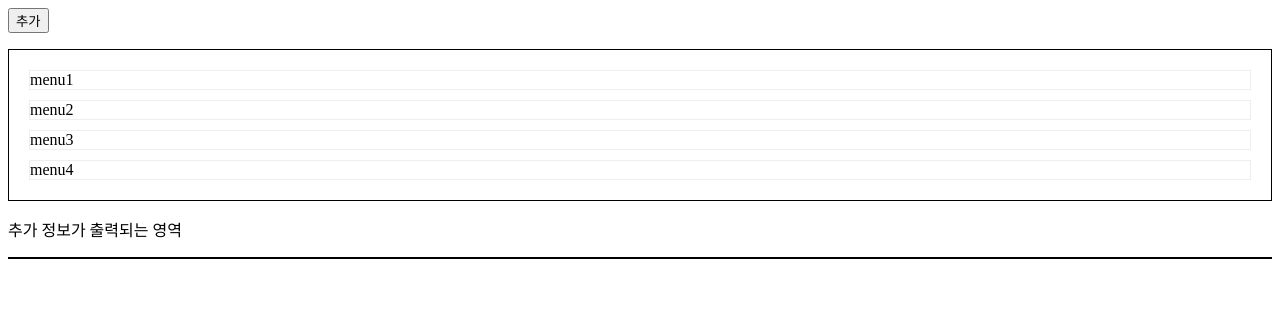
Repository: swc0516s/EZEN-JS
Page: JavaScript Workspace Lecture/JavaScript_jQuery_03/WebContent/Chapter06/6_09.html
An editor plug-in stored every save of this project. The page is shown before and after a run of saves, followed by the edit.
The browser window is 1280 px wide. The pictures show the whole page.
After loading, the first visible `#add` was clicked once.

Above is the page before, as saved 2022-03-22 05:25:05.
Console error: ReferenceError: newItem is not defined

After the next 3 saves:
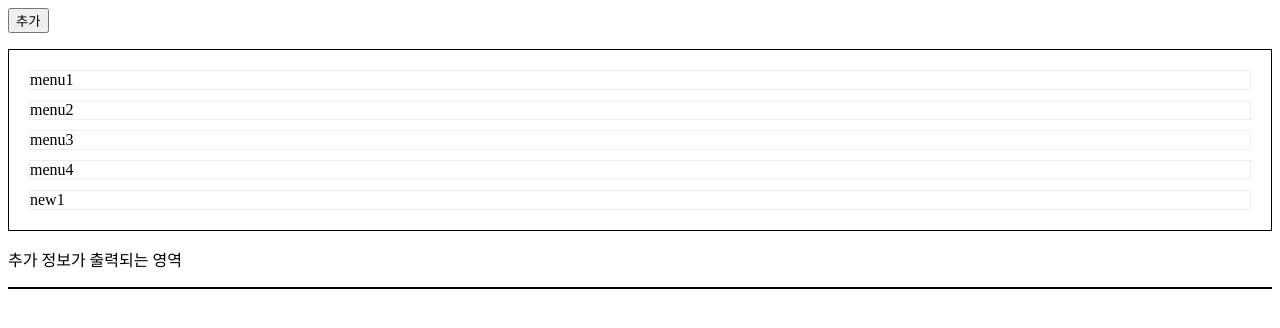
The error is gone.
The 3 saves are shown as one change because they came seconds apart.
The last was saved 15 s later.
--- a/JavaScript Workspace Lecture/JavaScript_jQuery_03/WebContent/Chapter06/6_09.html
+++ b/JavaScript Workspace Lecture/JavaScript_jQuery_03/WebContent/Chapter06/6_09.html
@@ -40,12 +40,11 @@ li.select {
 		var menu = $("ul.menu");
 		var count = 0;
 
-		$("#add").click(function(){
+		$("#add").click(function() {
 			count++;
 			var newItem = $("<li>new" + count + "</li>");
-
+			menu.append(newItem);
 		});
-			menu.append(newItem);
 
 	});
 </script>
